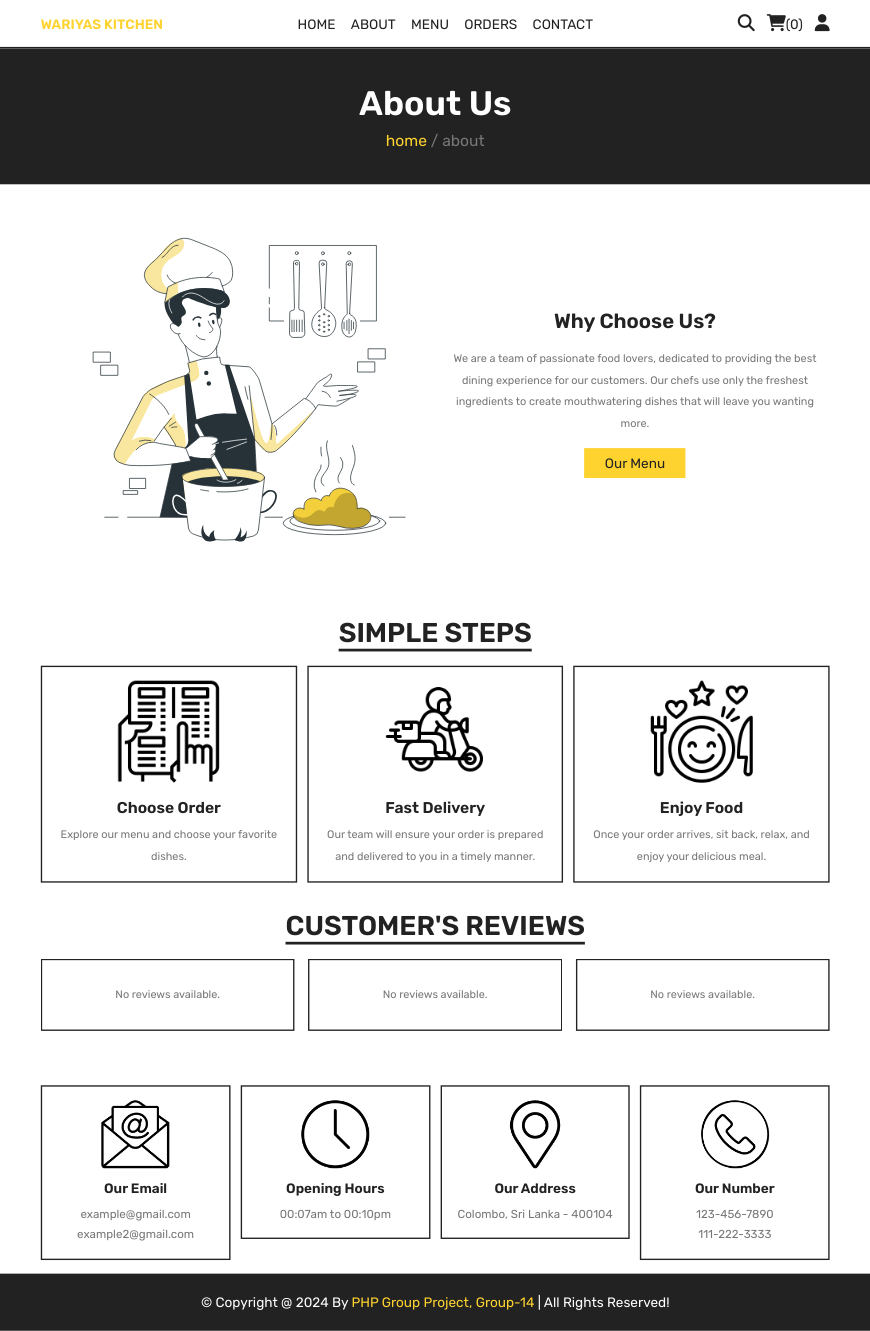
Repository: navodniwarshana/food_order_site
Page: http://localhost/about.php
An editor plug-in stored every save of this project. The page is shown before and after the next save, followed by the edit.
The browser window is 1280 px wide. The pictures show the whole page, at 68% of full size.
Some web libraries are served in a nearby version. The page is run by PHP 8.4 with error messages shown; the project is at /var/www/html/. Queries for data that is not in the repository find no rows.

Above is the page before, as saved 2024-09-28 18:39:25.
Console error: TypeError: Cannot read properties of null (reading 'style')

After the next save:
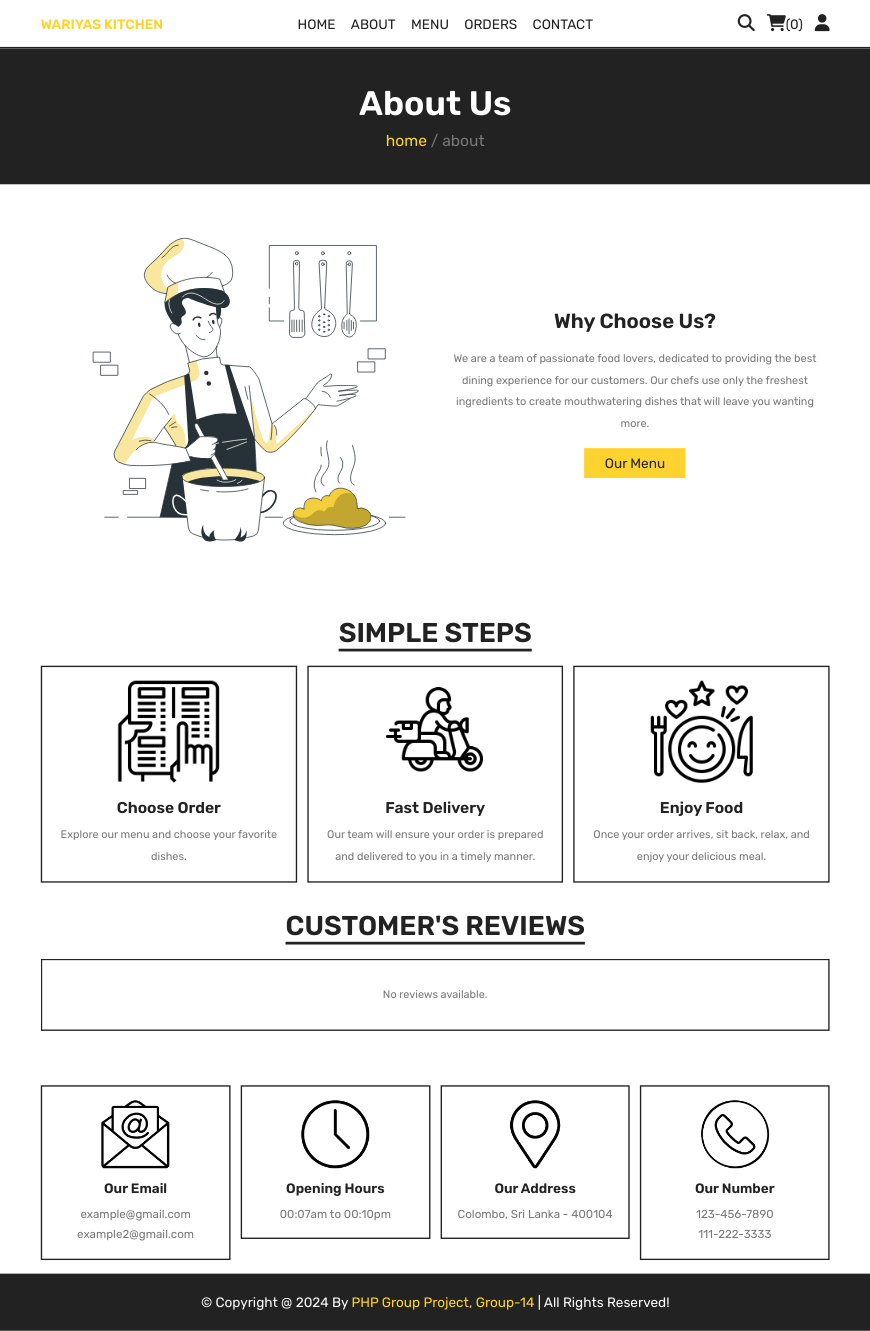
Saved 11 s later.
--- a/about.php
+++ b/about.php
@@ -151,7 +151,7 @@
                slidesPerView: 2,
             },
             1024: {
-               slidesPerView: 3,
+               slidesPerView: 1,
             },
          },
       });

After the 2 saves that followed:
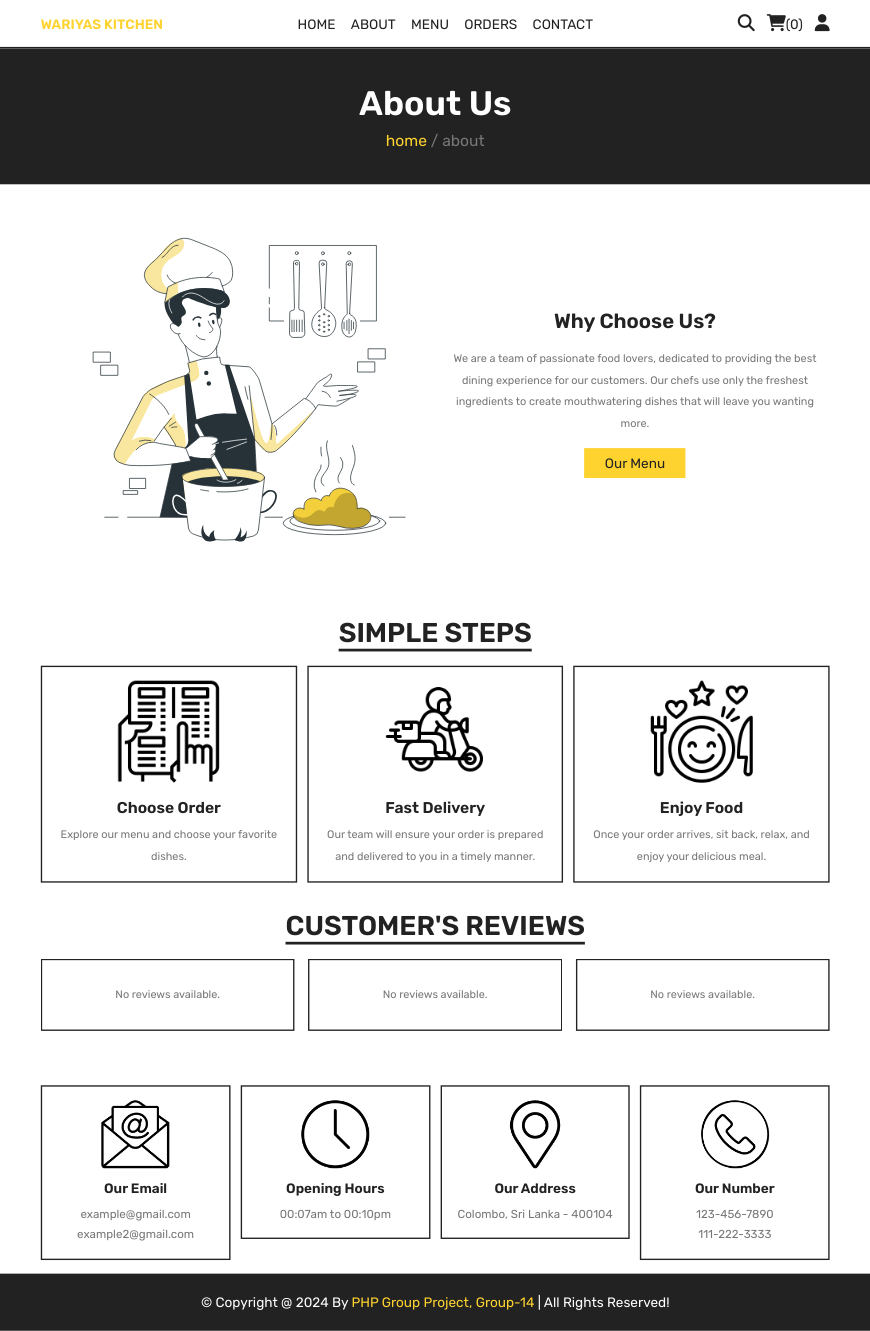
The 2 saves are shown as one change because 1 left the picture as it was.
The last was saved 42 s later.
--- a/about.php
+++ b/about.php
@@ -88,7 +88,7 @@
             $select_reviews = $conn->prepare("SELECT DISTINCT r.id, r.review_text, r.rating, u.name, u.user_image
                                               FROM `reviews` r
                                               JOIN `users` u
-                                              ON r.user_id = u.id");
+                                              ON r.id = u.id");
             $select_reviews->execute();
             $reviews = $select_reviews->fetchAll(PDO::FETCH_ASSOC);
 
@@ -151,7 +151,7 @@
                slidesPerView: 2,
             },
             1024: {
-               slidesPerView: 1,
+               slidesPerView: 3,
             },
          },
       });
